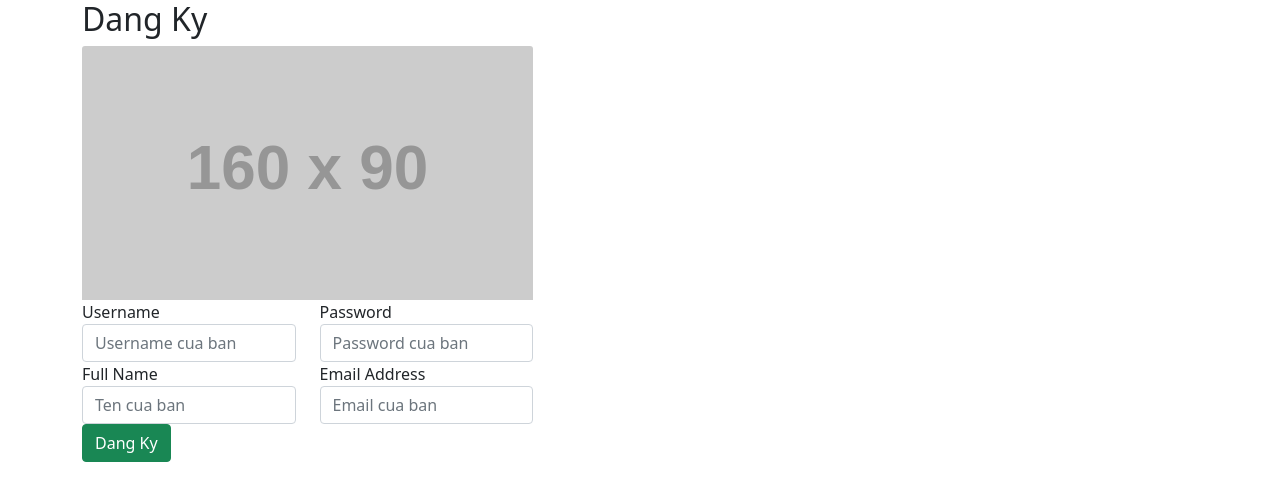
Repository: kiennd3921/AssJava4
Page: http://localhost/Assignment/view/auth/DangKy.jsp
These files come from the project's save history. The page is drawn as it stood at one moment and after the next save; the edit follows.
The browser window is 1280 px wide. The pictures show the whole page.
The page is served by Tomcat 9. Other server files are loaded and not shown.

Above is the page before, as saved 2021-04-17 15:33:37.

### PT15307-UD/Assignment/WebContent/view/auth/DangKy.jsp
<%@ page language="java" contentType="text/html; charset=ISO-8859-1"
	pageEncoding="UTF-8"%>
<!DOCTYPE html>
<html>
<head>
<meta charset="UTF-8">
<meta name="viewport" content="width = device-width, initial-scale=1.0">
<title>Insert title here</title>
<%@ taglib uri="http://java.sun.com/jstl/core_rt" prefix="c"%>
<link rel="stylesheet" type="text/css">
<link
	href="https://cdn.jsdelivr.net/npm/bootstrap@5.0.0-beta2/dist/css/bootstrap.min.css"
	rel="stylesheet"
	integrity="sha384-BmbxuPwQa2lc/FVzBcNJ7UAyJxM6wuqIj61tLrc4wSX0szH/Ev+nYRRuWlolflfl"
	crossorigin="anonymous">

</head>
<body>
	<div class="container">
		<div class="row">
			<div class="col-md-5">
				<form>
					<h2>Dang Ky</h2>
					<div float="left">
						<img src="https://via.placeholder.com/160x90"
								class="card-img-top" alt="Card image cap">
					</div>
					<div class="row">
						<div class="col">
							<label>Username</label> <input type="text" class="form-control"
								placeholder="Username cua ban" required name="">
						</div>
						<div class="col">
							<label>Password</label> <input type="password"
								class="form-control" placeholder="Password cua ban" required
								name="">
						</div>

					</div>
					<div class="row">
						<div class="col">
							<label>Full Name</label> <input type="text" class="form-control"
								placeholder="Ten cua ban" required name="">
						</div>
						<div class="col">
							<label>Email Address</label> <input type="email"
								class="form-control" placeholder="Email cua ban" required
								name="">
						</div>
					</div>
					<div class="form-group">
						<button class="btn btn-success" type="submit">Dang Ky</button>
					</div>
				</form>
			</div>
		</div>
	</div>
</body>
</html>

After the next save:
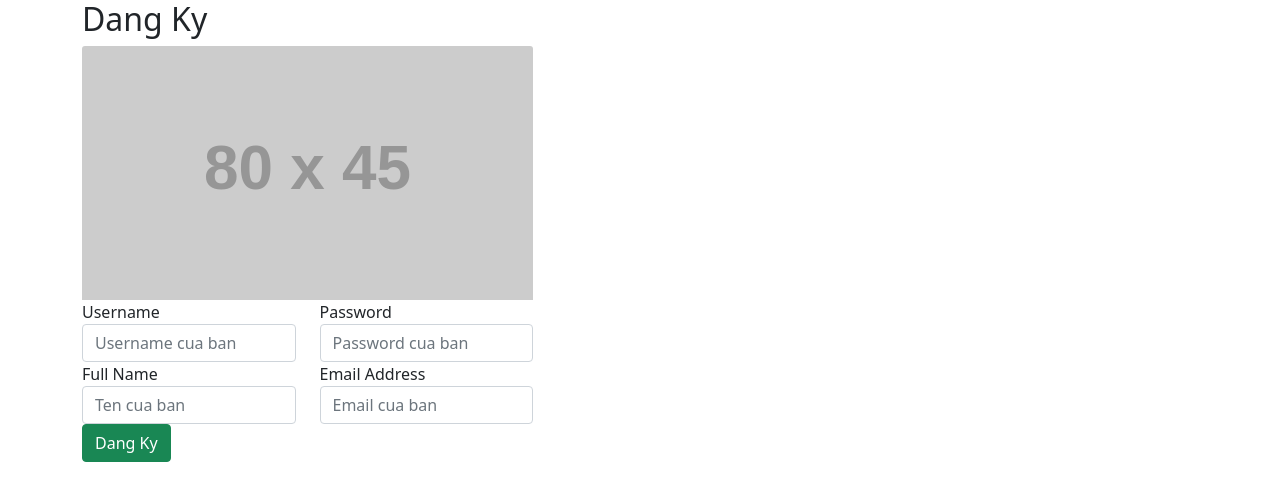
Saved 17 s later.
--- a/PT15307-UD/Assignment/WebContent/view/auth/DangKy.jsp
+++ b/PT15307-UD/Assignment/WebContent/view/auth/DangKy.jsp
@@ -22,7 +22,7 @@
 				<form>
 					<h2>Dang Ky</h2>
 					<div float="left">
-						<img src="https://via.placeholder.com/160x90"
+						<img src="https://via.placeholder.com/80x45"
 								class="card-img-top" alt="Card image cap">
 					</div>
 					<div class="row">
